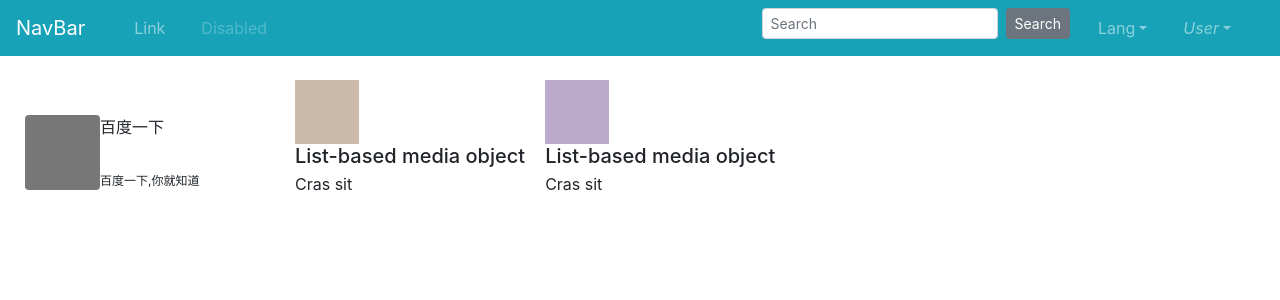
Repository: Funnyrz/vue-nav
Page: /
The author's editor kept a copy of each file at every save. The page is drawn from the files as they stood at one save, then again after the next save.
The browser window is 1280 px wide. The pictures show the whole page.
The project was rebuilt for these pictures with package versions that can differ from the ones it lists, and the page was loaded fresh each time.

Above is the page before, as saved 2020-08-26 12:10:30.

After the next save:
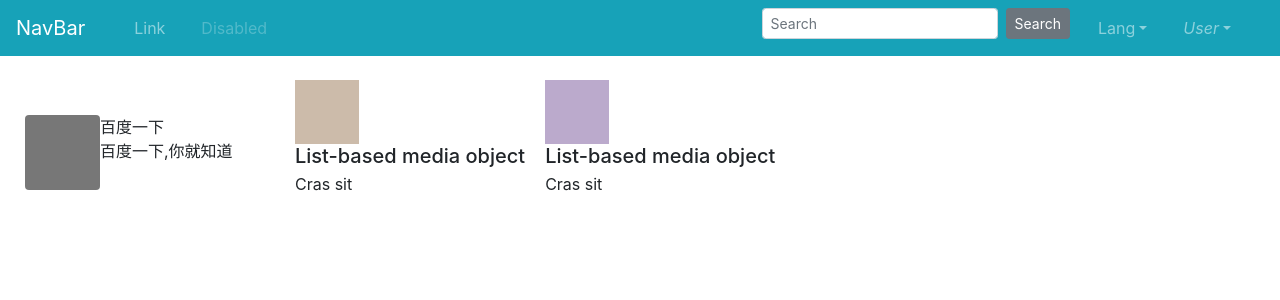
Saved 17 s later.
--- a/src/components/HelloWorld.vue
+++ b/src/components/HelloWorld.vue
@@ -47,7 +47,7 @@
                 <b-img v-bind="mainProps" rounded alt="placeholder"></b-img>
                 <div class="nav-card">
                   百度一下
-                 <div style="font-size:12px;bottom:0px;position:absolute;">
+                 <div style="">
                   百度一下,你就知道
                 </div>
                 </div>
@@ -117,4 +117,7 @@
   color: #42b983;
 }
 .nav-card{position:relative;width:100%;}
+.nav-card-text{
+  font-size:12px;bottom:0px;position:absolute;
+}
 </style>

After the save that followed:
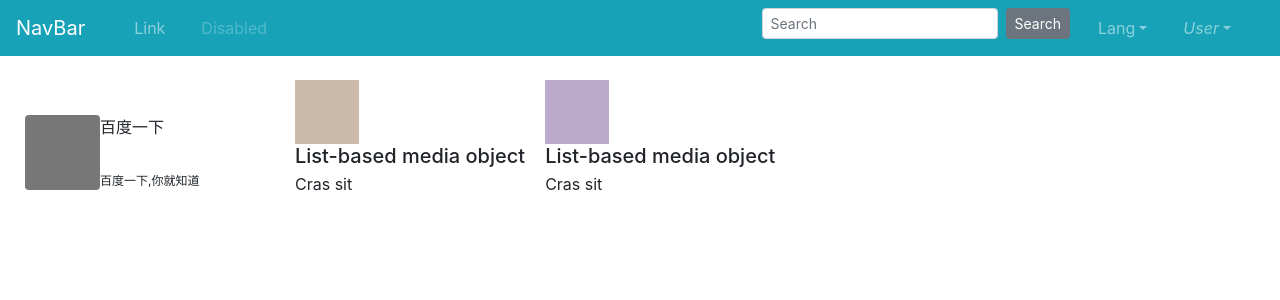
Saved 17 s later.
--- a/src/components/HelloWorld.vue
+++ b/src/components/HelloWorld.vue
@@ -47,7 +47,7 @@
                 <b-img v-bind="mainProps" rounded alt="placeholder"></b-img>
                 <div class="nav-card">
                   百度一下
-                 <div style="">
+                 <div class="nav-card-text">
                   百度一下,你就知道
                 </div>
                 </div>
